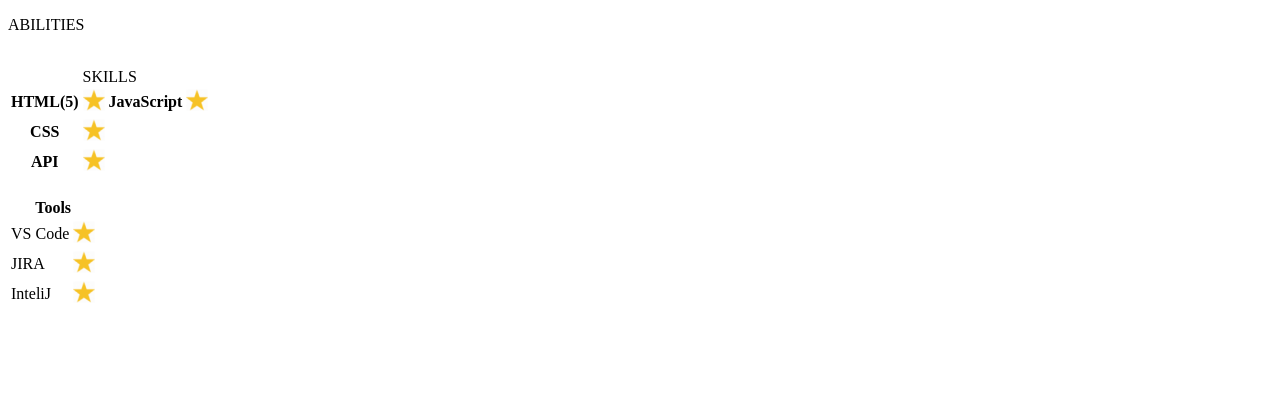
Repository: ew-code/Web-Development
Page: HTML - Personal Site/abilities.html
An editor plug-in stored every save of this project. The page is shown before and after the next save, followed by the edit.
The browser window is 1280 px wide. The pictures show the whole page.

Above is the page before, as saved 2021-01-03 18:51:46.

After the next save:
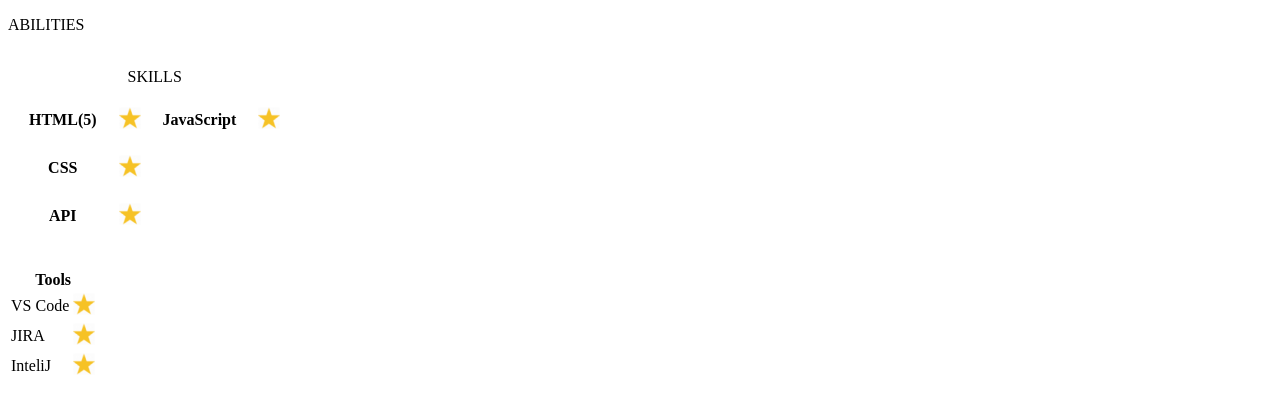
Saved 4 s later.
--- a/HTML - Personal Site/abilities.html
+++ b/HTML - Personal Site/abilities.html
@@ -29,7 +29,7 @@
     <!-- </tr> -->
   <!-- </table> -->
   <!-- <br> -->
-<table cellspacing>
+<table cellspacing= "20">
     <caption>SKILLS</caption>
     <tr>
         <th scope="row">HTML(5)</th>

After the 3 saves that followed:
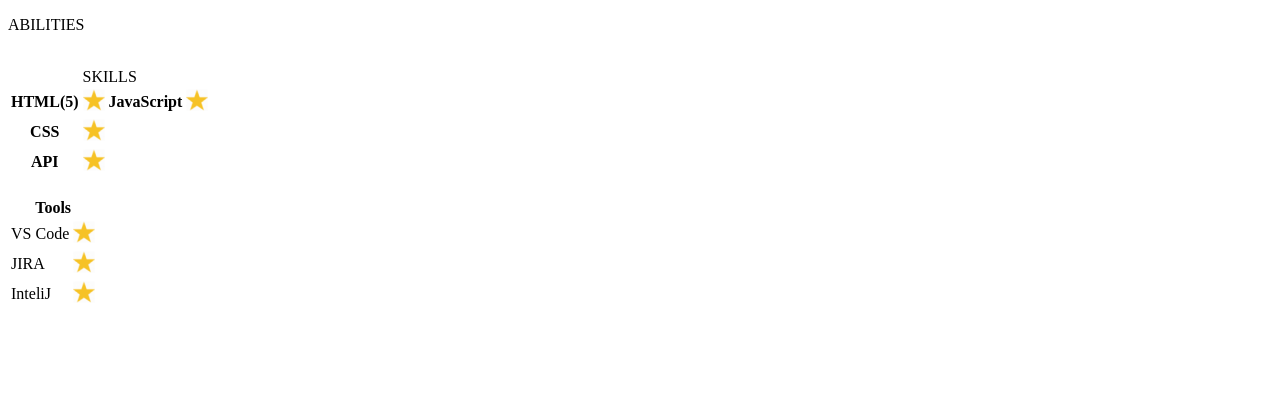
The 3 saves are shown as one change because they came seconds apart.
The last was saved 34 s later.
--- a/HTML - Personal Site/abilities.html
+++ b/HTML - Personal Site/abilities.html
@@ -29,7 +29,7 @@
     <!-- </tr> -->
   <!-- </table> -->
   <!-- <br> -->
-<table cellspacing= "20">
+<table cellspacing= "2">
     <caption>SKILLS</caption>
     <tr>
         <th scope="row">HTML(5)</th>
